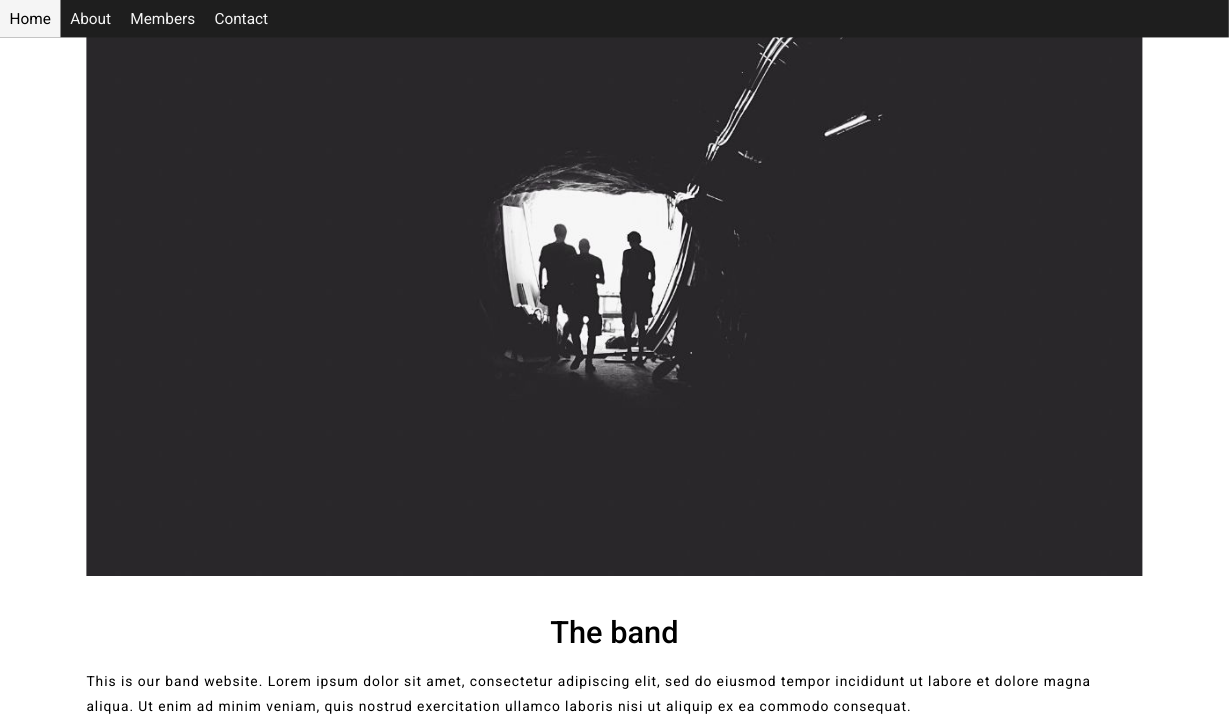
Repository: hieu-22/w3_band_UI
Page: index.html
The author's editor kept a copy of each file at every save. The page is drawn from the files as they stood at one save, then again after the next save.
The browser window is 1280 px wide. The pictures show the whole page, at 96% of full size.

Above is the page before, as saved 2022-12-30 09:31:17.

### index.html
<!DOCTYPE html>
<html lang="en">
<head>
    <meta charset="UTF-8">
    <meta http-equiv="X-UA-Compatible" content="IE=edge">
    <meta name="viewport" content="width=device-width, initial-scale=1.0">
    <title>The band - by w3school</title>
    <link rel="stylesheet" href="assets/css/style.css">
    <link rel="preconnect" href="https://fonts.googleapis.com"><link rel="preconnect" href="https://fonts.gstatic.com" crossorigin><link href="https://fonts.googleapis.com/css2?family=Roboto:wght@100;300;400;500;700&display=swap" rel="stylesheet">
</head>
<body>
    <header class="header">
        <nav class="navigation-bar">
            <ul class="navigation-bar__list">
                <li class="navigation-bar__list-item">
                    Home
                </li>
                <li class="navigation-bar__list-item">
                    About
                </li>
                <li class="navigation-bar__list-item">
                    Members
                </li>
                <li class="navigation-bar__list-item">
                    Contact
                </li>
            </ul>
        </nav>
        <div class="banner"></div>
    </header>

    <main class="content">
        <div class="content__about">
            <h1 class="content__about-name">The band</h1>
            <p class="content__about-description"> This is our band website. Lorem ipsum dolor sit amet, consectetur adipiscing elit, sed do eiusmod tempor incididunt ut labore et dolore magna aliqua. Ut enim ad minim veniam, quis nostrud exercitation ullamco laboris nisi ut aliquip ex ea commodo consequat.
            </p>
        </div>
    </main>

    <footer>

    </footer>
</body>
</html>

### assets/css/style.css
* {
    box-sizing: border-box;
    padding: 0;
    margin: 0;

}

html {
    font-family: 'Roboto', sans-serif;
    font-size: 16px;
    width: 1100px;
    margin: auto;
}

.header {
    height: 600px;
}

.navigation-bar {
    position: absolute;
    top: 0;
    left: 0;
    width: 100%;
    background-color: rgb(30, 30, 30);
}

.navigation-bar__list {
    display: flex;
    justify-content: flex-start;
    align-items: center;
    border-radius: 2px;
    list-style-type: none;
}

.navigation-bar__list-item {
    padding: 10px;
    color: whitesmoke;
}
.navigation-bar__list-item:hover {
    background-color: whitesmoke;
    color: black;
    cursor: pointer;
}

.banner {
    height: 100%;
    width: auto;
    background-image: url('../img/img_la.jpg');
    background-size: cover;
}
/* main content */
.content__about {
    margin-top: 20px;
}

.content__about-name {
    font-weight: 500;
    text-align: center;
    padding: 20px 0;
}

.content__about-description {
    letter-spacing: 1px;
    line-height: 26px;
    font-size: 0.9rem;
}
/* end about */

.content__members {
    display: flex;
    width: 400px;
}

After the next save:
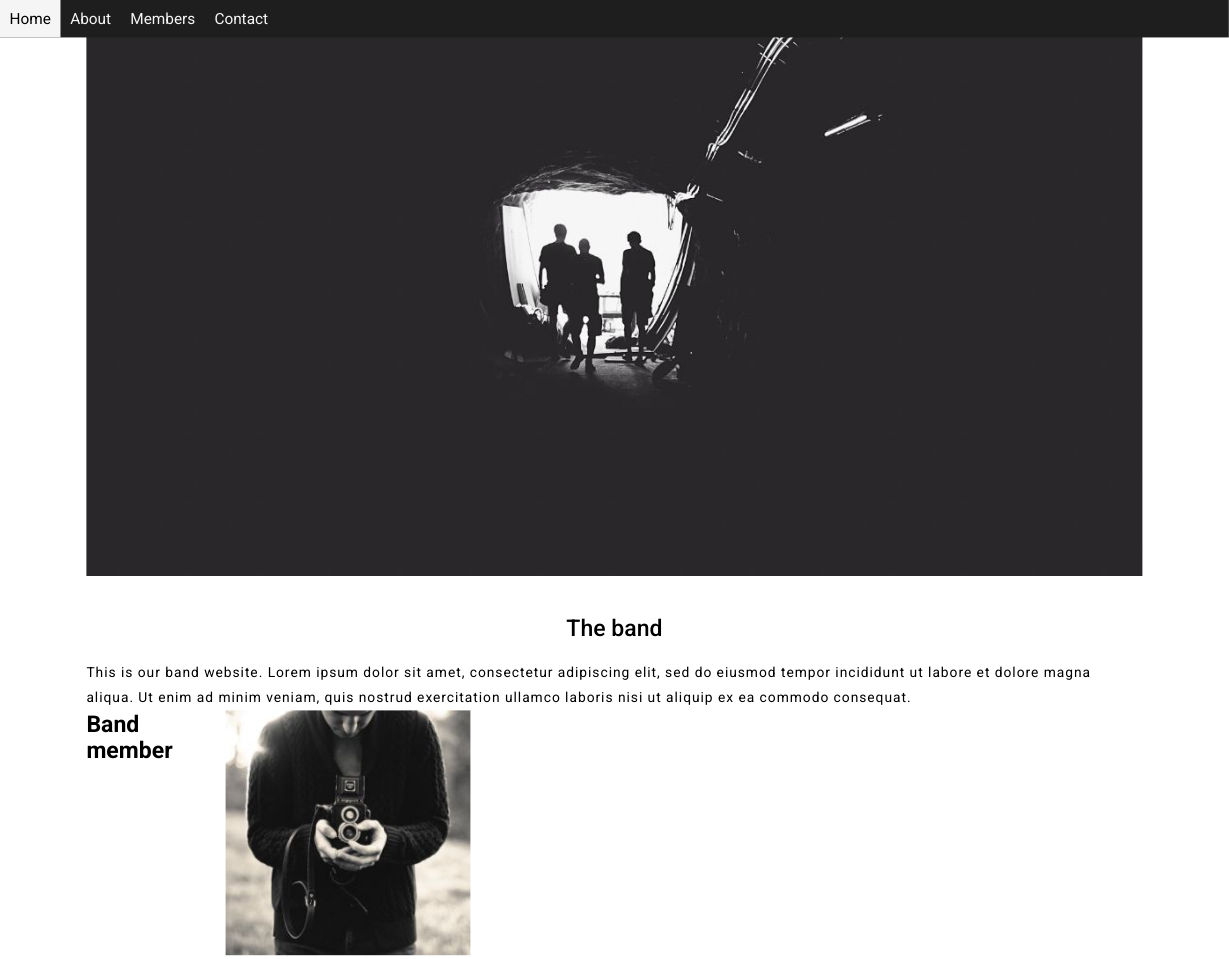
Saved 2 min 20 s later.
--- a/index.html
+++ b/index.html
@@ -31,9 +31,20 @@
 
     <main class="content">
         <div class="content__about">
-            <h1 class="content__about-name">The band</h1>
+            <h2 class="content__about-name">The band</h2>
             <p class="content__about-description"> This is our band website. Lorem ipsum dolor sit amet, consectetur adipiscing elit, sed do eiusmod tempor incididunt ut labore et dolore magna aliqua. Ut enim ad minim veniam, quis nostrud exercitation ullamco laboris nisi ut aliquip ex ea commodo consequat.
             </p>
+        </div>
+        <!-- end about -->
+
+        <div class="content__members">
+            <h2 class="content__members-header">Band member</h2>
+            <div class="content__members-container">
+                <div class="content__members-img">
+                    <img src="/assets/img/img_bandmember.jpg" alt="">
+                </div>
+                <p class="content__members-name"></p>
+            </div>
         </div>
     </main>
 
